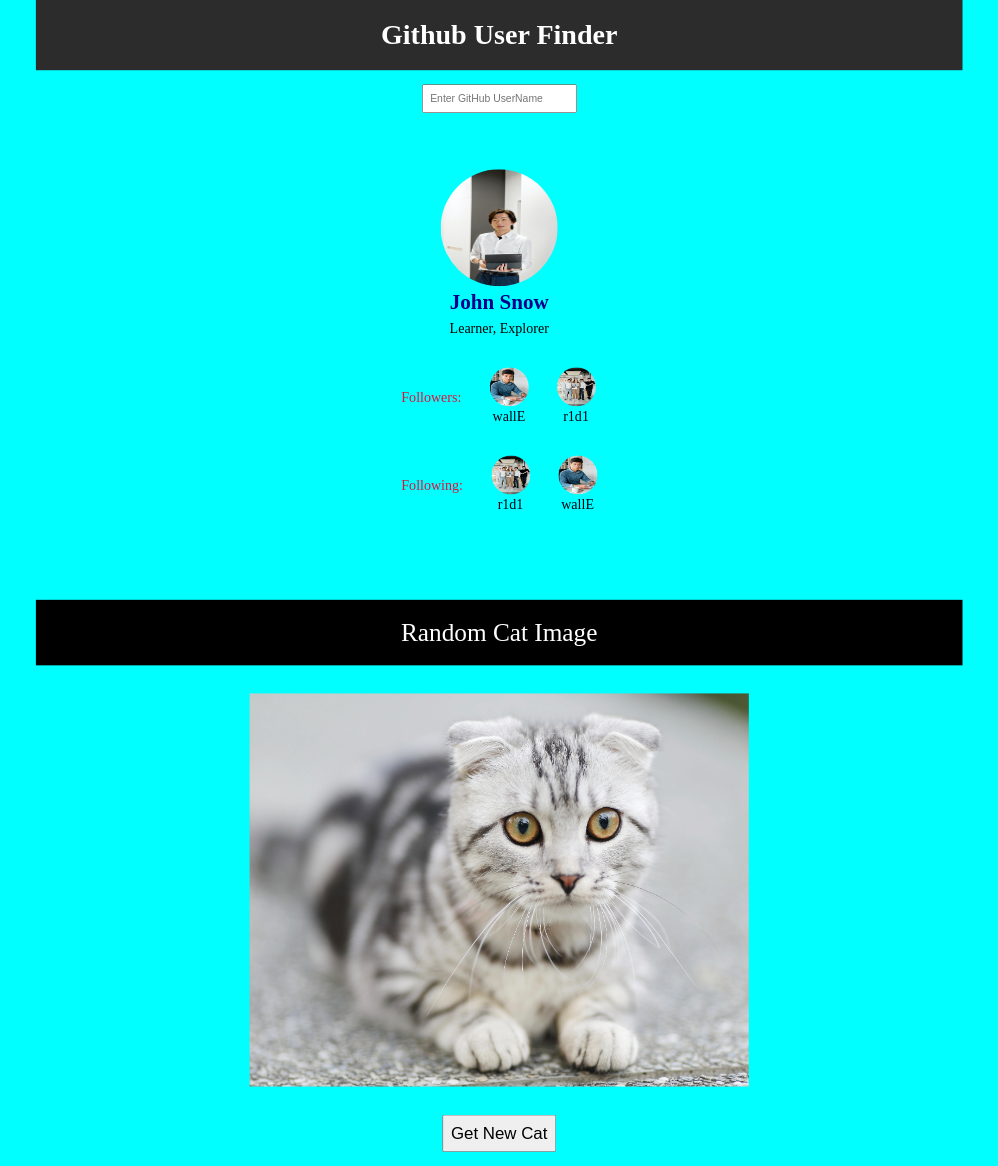
Repository: Ravindra-Shastri/TA-JS-asynchronous-js-TJaaao
Page: block-BJaajt/code/index.html
The author's editor kept a copy of each file at every save. The page is drawn from the files as they stood at one save, then again after the next save.
The browser window is 1280 px wide. The pictures show the whole page, at 78% of full size.
The style sheet was rebuilt from its Sass, Less or Tailwind sources for each picture, by a compiler version that may differ from the author's.

Above is the page before, as saved 2021-10-07 10:39:54.

After the next save:
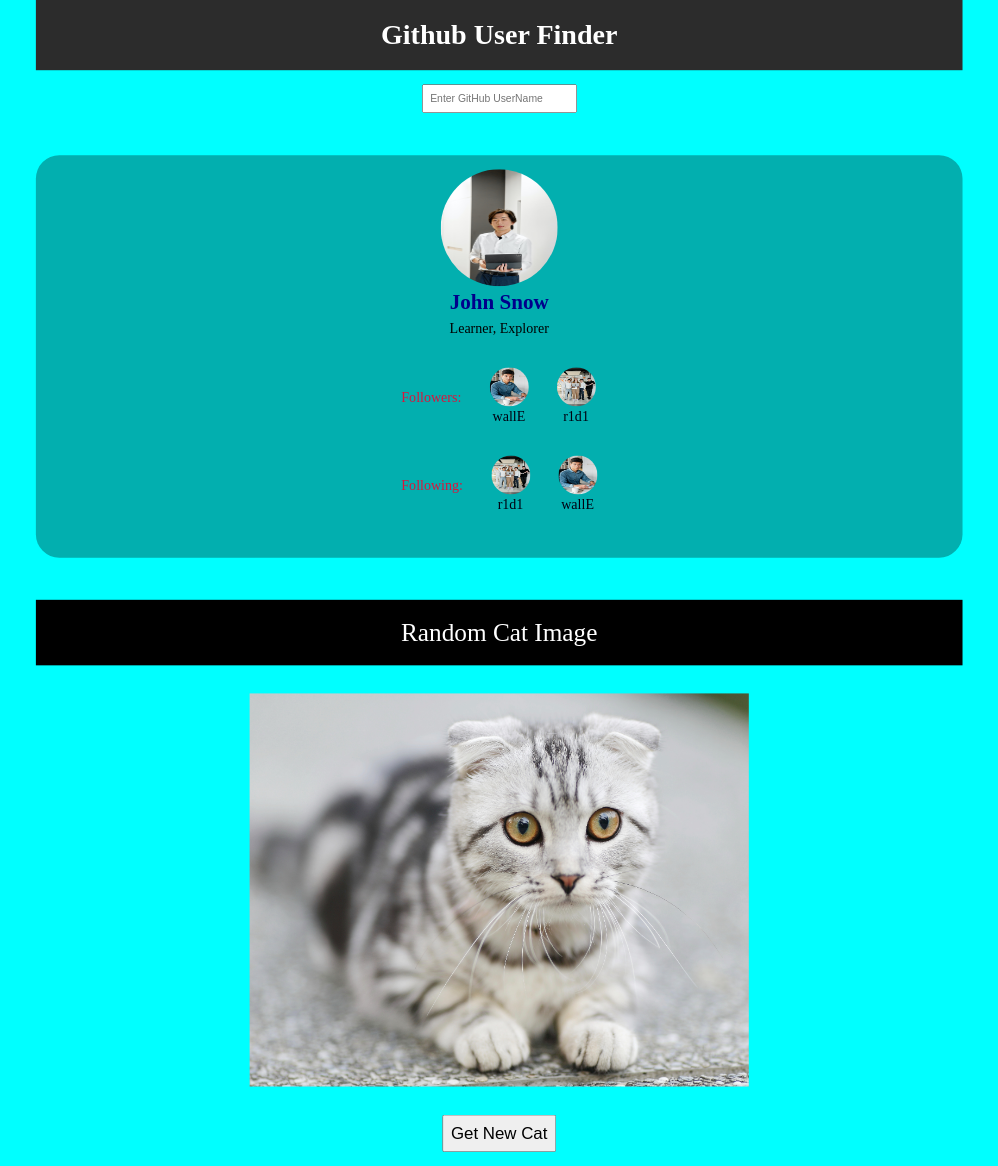
Saved 72 s later.
--- a/block-BJaajt/code/assets/style.scss
+++ b/block-BJaajt/code/assets/style.scss
@@ -37,7 +37,7 @@ h1 {
     margin: 3rem auto;
     padding: 1rem;
     align-items: center;
-    background: aqua;
+    background: rgb(2, 175, 175);
     border-radius: 30px;
 }
 .user-details {
